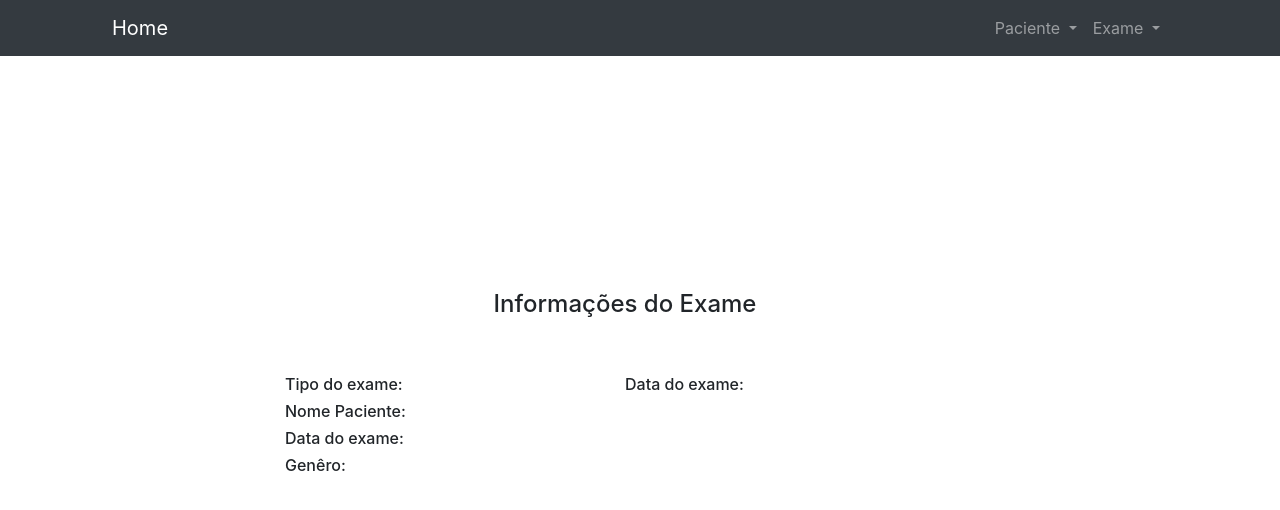
Repository: noobDevPRB/struts2_project
Page: http://localhost/Projeto_SOCTest/WEB-INF/jsp/exame/visualizar.jsp
The author's editor kept a copy of each file at every save. The page is drawn from the files as they stood at one save, then again after the next save.
The browser window is 1280 px wide. The pictures show the whole page.
The page is served by Tomcat 9. Nobody is signed in. Other server files are loaded and not shown. The template is opened directly, without the code that normally fills it, so the values that code supplies are empty.

Above is the page before, as saved 2020-10-18 18:40:39.

### Projeto_SOCTest/WebContent/WEB-INF/jsp/exame/visualizar.jsp
<%@ page language="java" contentType="text/html; charset=ISO-8859-1" pageEncoding="ISO-8859-1"%>

<!DOCTYPE html>
<html>
<head>
<meta charset="ISO-8859-1">
	<meta charset="utf-8">
	<meta name="viewport" content="width=device-width, initial-scale=1, shrink-to-fit=no">
	<title>Soc Teste</title>
</head>
<body>

						<td><c:out value="${exame.nm_exame}"/></td>
						<td><c:out value="${exame.exm_data}"/></td>
	<%@ include file="navBar.jsp"%>

	<div class="container custon-transley">
		<div class="row justify-content-center pb-5">
			<h4>Informações do Exame</h4>
		</div>
	  	<div class="row justify-content-center">
	  		<div class="col-lg-8">
			    <div class="container">
					<div class="row">
						<div class="col">
							<h6>Tipo do exame: ${exame.nm_exame}</h6>
						</div>
						<div class="col">
							<h6>Data do exame: ${exame.exm_data}</h6>
						</div>
					</div>

					<div class="row">
						<div class="col">
							<h6>Nome Paciente: ${exame.examePaciente.nm_cmplt}</h6>
						</div>
						<div class="col">
							<h6></h6>
						</div>
					</div>

					<div class="row">
						<div class="col">
							<h6>Data do exame: ${exame.exm_data}</h6>
						</div>
						<div class="col">
							<h6>${paciente.idade}</h6>
						</div>
					</div>

					<div class="row">
						<div class="col">
							<h6>Genêro:</h6>
						</div>
						<div class="col">
							<h6>${paciente.genero}</h6>
						</div>
					</div>
				</div>
			</div>
	  	</div>
	</div>
</body>
</html>

### Projeto_SOCTest/WebContent/WEB-INF/jsp/exame/navBar.jsp
<%@ page language="java" contentType="text/html; charset=ISO-8859-1" pageEncoding="ISO-8859-1"%>

<!DOCTYPE html>
<html>
<head>
	<!-- Required meta tags -->
	<meta charset="utf-8">
	<meta name="viewport" content="width=device-width, initial-scale=1, shrink-to-fit=no">
	<!-- Bootstrap CSS -->
  	<link rel="stylesheet" href="https://cdn.jsdelivr.net/npm/bootstrap@4.5.3/dist/css/bootstrap.min.css">
  	<link href="css/style.css" rel="stylesheet">
	<title>Soc Teste</title>
</head>

<body>
	<nav class="navbar navbar-expand-lg navbar-dark bg-dark">
		<a class="navbar-brand pl-5 ml-5" href="http://localhost:8080/Projeto_SOCTest/">Home</a>

		<div class="collapse navbar-collapse" id="navbarSupportedContent">
			<ul class="navbar-nav ml-auto pr-5 mr-5">
				<li class="nav-item dropdown">
					<a class="nav-link dropdown-toggle" href="#" id="navbarDropdown" role="button" data-toggle="dropdown" aria-haspopup="true" aria-expanded="false">
					Paciente
					</a>
					<div class="dropdown-menu" aria-labelledby="navbarDropdown">
						<a class="dropdown-item" href="http://localhost:8080/Projeto_SOCTest/navegarCadastroPaciente">Cadastro</a>
						<a class="dropdown-item" href="http://localhost:8080/Projeto_SOCTest/navegarListagemPacientes">Listagem</a>
					</div>
				</li>
				<li class="nav-item dropdown">
					<a class="nav-link dropdown-toggle" href="#" id="navbarDropdown" role="button" data-toggle="dropdown" aria-haspopup="true" aria-expanded="false">
					Exame
					</a>
					<div class="dropdown-menu" aria-labelledby="navbarDropdown">
						<a class="dropdown-item" href="http://localhost:8080/Projeto_SOCTest/navegarCadastroExame">Cadastro</a>
						<a class="dropdown-item" href="http://localhost:8080/Projeto_SOCTest/navegarListagemExames">Listagem</a>
					</div>
				</li>
			</ul>
		</div>
	</nav>
</body>
<script src="https://code.jquery.com/jquery-3.5.1.slim.min.js"></script>
<script src="https://cdn.jsdelivr.net/npm/bootstrap@4.5.3/dist/js/bootstrap.bundle.min.js"></script>
</html>

### Projeto_SOCTest/WebContent/css/style.css
* {
	box-sizing: border-box;
	margin: 0;
	padding: 0;
	outline:0;
	max-width: 100%;
}

html, body {
	min-height:100%;
	height:100%;
	max-width:100%
}

.custon-transley{
	position: relative;
	top: 50%;
	transform: translateY(-65%);
}

.custon-table {
	height: 700px;
	overflow: auto;
}

.botão-transparente{
	color: #007bff;;
	background-color: transparent!important;
	border: 0px!important;
	border-color: transparent!important;

}

.botão-transparente:hover{
	background-color: transparent!important;
	border: 0px!important;
	color: #0056b3;
    text-decoration: underline;
    border-color: transparent!important;
}

After the next save:
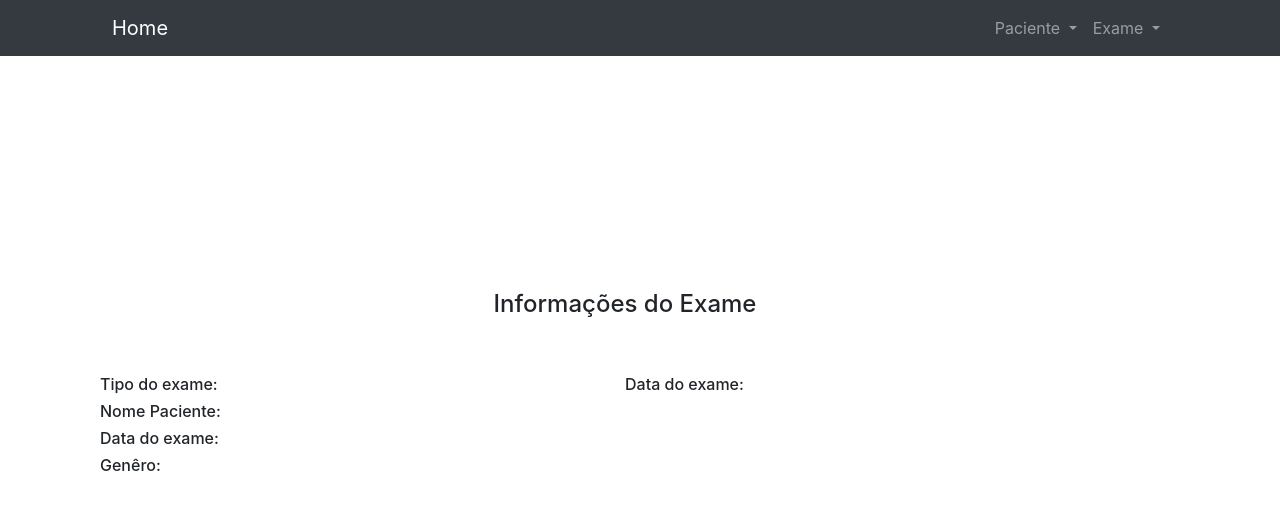
Saved 11 s later.
--- a/Projeto_SOCTest/WebContent/WEB-INF/jsp/exame/visualizar.jsp
+++ b/Projeto_SOCTest/WebContent/WEB-INF/jsp/exame/visualizar.jsp
@@ -19,7 +19,7 @@
 			<h4>Informações do Exame</h4>
 		</div>
 	  	<div class="row justify-content-center">
-	  		<div class="col-lg-8">
+	  		<div class="col-lg-12">
 			    <div class="container">
 					<div class="row">
 						<div class="col">
